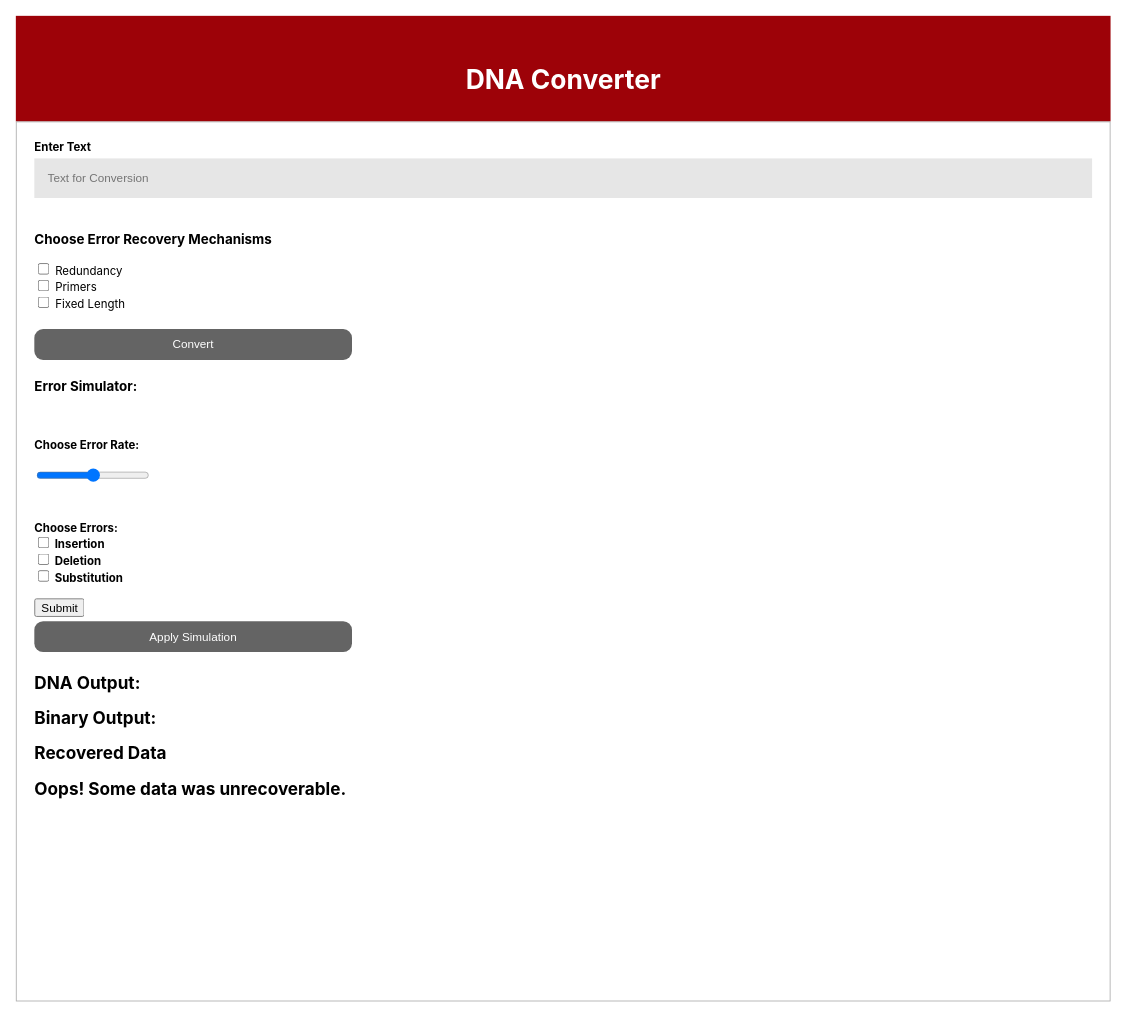
Repository: komalharjani/MSc-Thesis-DNA-Storage
Page: index.html
An editor plug-in stored every save of this project. The page is shown before and after the next save, followed by the edit.
The browser window is 1280 px wide. The pictures show the whole page, at 88% of full size.

Above is the page before, as saved 2020-08-16 22:06:56.

After the next save:
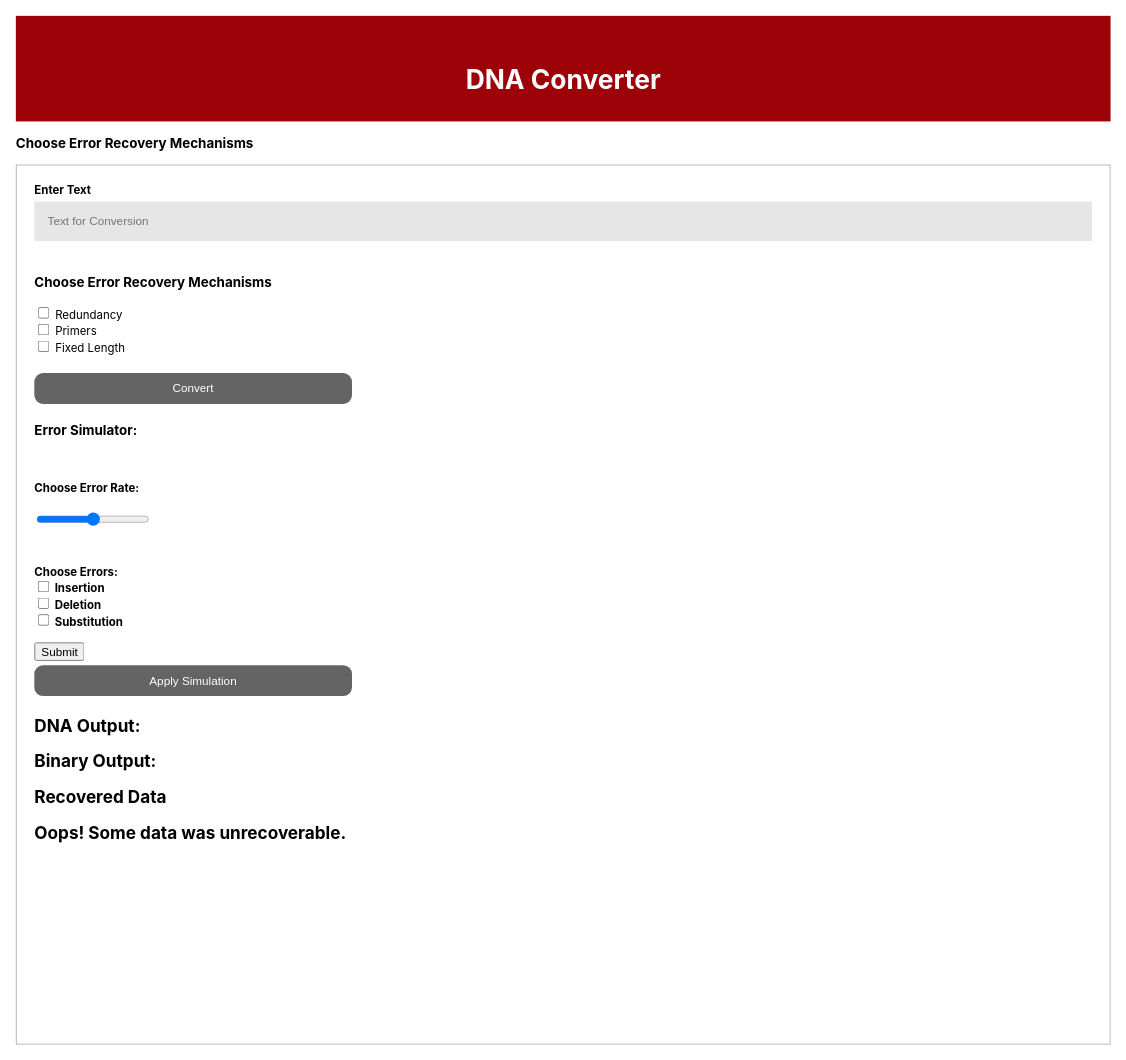
Saved 9 s later.
--- a/index.html
+++ b/index.html
@@ -14,6 +14,7 @@
             <h2> DNA Converter </h2>
         </div>
 
+        <h3>Choose Error Recovery Mechanisms</h3>
         <div class="loginContainer">
             <label for="text"><b>Enter Text</b></label>
             <input type="text" placeholder="Text for Conversion" id="textToConvert" required class="input">
